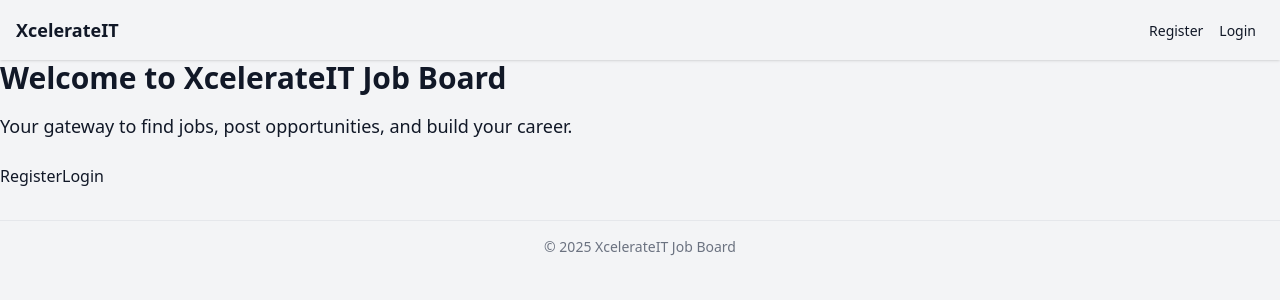
Repository: mujahid341/Job-board-application-frontend
Page: /
An editor plug-in stored every save of this project. The page is shown before and after the next save, followed by the edit.
The browser window is 1280 px wide. The pictures show the whole page.
The project was rebuilt for these pictures with package versions that can differ from the ones it lists, and the page was loaded fresh each time. Also part of the build but not shown: vite.config.js, src/components/NotFound/NotFound.css, src/components/NotFound/NotFound.jsx, src/pages/HomePage/HomePage.css, src/pages/RegisterPage/RegisterPage.css, src/pages/RegisterPage/RegisterPage.jsx, src/pages/LoginPage/LoginPage.jsx, src/services/jobApi.js and 12 more.

Above is the page before, as saved 2025-05-26 00:03:35.

After the next save:
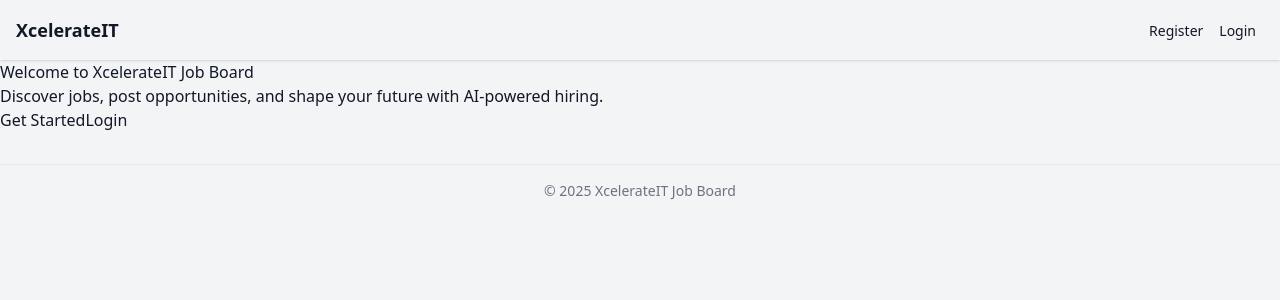
Saved 70 s later.
--- a/src/pages/HomePage/HomePage.jsx
+++ b/src/pages/HomePage/HomePage.jsx
@@ -3,13 +3,18 @@ import './HomePage.css';
 
 export default function HomePage() {
   return (
-    <div className="home-container">
-      <h1 className="text-3xl font-bold mb-4">Welcome to XcelerateIT Job Board</h1>
-      <p className="mb-6 text-lg">Your gateway to find jobs, post opportunities, and build your career.</p>
-
-      <div className="button-group">
-        <Link to="/register" className="home-btn">Register</Link>
-        <Link to="/login" className="home-btn">Login</Link>
+    <div className="home-hero">
+      <div className="hero-content">
+        <h1 className="hero-title">
+          Welcome to <span className="highlight">XcelerateIT</span> Job Board
+        </h1>
+        <p className="hero-subtitle">
+          Discover jobs, post opportunities, and shape your future with AI-powered hiring.
+        </p>
+        <div className="hero-buttons">
+          <Link to="/register" className="hero-btn">Get Started</Link>
+          <Link to="/login" className="hero-btn-outline">Login</Link>
+        </div>
       </div>
     </div>
   );
